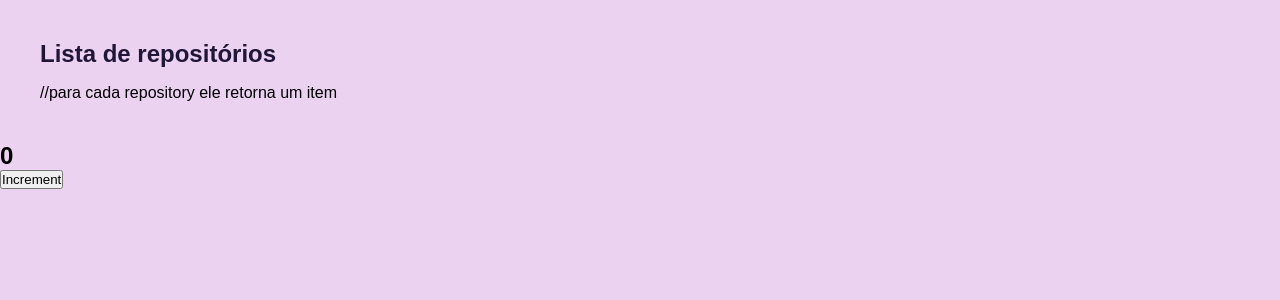
Repository: viniciusfg05/AnnotationReacts
Page: /
The author's editor kept a copy of each file at every save. The page is drawn from the files as they stood at one save, then again after the next save.
The browser window is 1280 px wide. The pictures show the whole page.
The page's requests for data from a server got no answer. The project was rebuilt for these pictures with package versions that can differ from the ones it lists, and the page was loaded fresh each time. No one was signed in, and anything a server would have sent is missing. Also part of the build but not shown: webpack.config.js, src/components/RepositoryItens.tsx.

Above is the page before, as saved 2022-02-18 13:57:56.

### public/index.html
<!DOCTYPE html>
<html lang="en">
  <head>
    <meta charset="UTF-8" />
    <meta name="viewport" content="width=device-width, initial-scale=1.0" />
    <title>ReactFundamentos</title>
  </head>
  <body>
    <div id="root"></div>

    <script src="../dist/bundle.js"></script>
  </body>
</html>

### src/index.tsx
import {render} from 'react-dom'
import { App } from './App'

render(<App />, document.getElementById('root'))

### src/App.tsx
import './styles/global.scss'
import { RepositoryList } from './components/RepositoryList'
import { Counter } from './components/Counter'

export function App() {
  return (
    <>
      <RepositoryList />
      <Counter />
    </>
  )
}

//Quando uma return mais de um componet, precisamos add um element pai, colocariamos uma div, mas futuramente isso pode atrapalhar no css e outro
//Usamos uma tag sem nada que se chama fraguimentos <> </> e não produz nada visual no html

//Por padrão p react não fica monitorando se algum estado está sendo alterado e rederizar novamente em tela
//Estado: variaveis que ele vai monitorarar
//Para isso vamos importar um elemento do react chamado useState "import { useState } from 'react'"

### src/styles/global.scss
* {
  margin: 0;
  padding: 0;
  box-sizing: border-box;
}

body {
  font: 16px 'Helvetica Neve', Arial, sans-serif;
}

### src/components/RepositoryList.tsx
import { useState, useEffect } from 'react'
import { RepositoryItens } from './RepositoryItens'
import '../styles/repositories.scss'

interface Repository {
  name: string;
  description: string;
  html_url: string;
}

export function RepositoryList() {
  const [repositories, setRepositories] = useState<Repository[]>([]);

  useEffect(() => {
    fetch('https://api.github.com/users/viniciusfg05/repos')
    .then(response => response.json()) //quando a api retorna uma resposta, converter para .json
    .then(data => setRepositories(data)) //quando terminar de ser convertida eu vou ter os dados do meu repositório
  }, [])

  return (
    <section className="repository-list">
      <h1>Lista de repositórios</h1>

      <ul>
        {repositories.map(repository => {
          return <RepositoryItens key={repository.name} repository={repository} />
        })} //para cada repository ele retorna um item
      </ul>
    </section>
  )
}

### src/components/Counter.jsx
import { useState } from 'react'

export function Counter() {
  const [counter, setCounter] = useState(0)

  function increment() {
    setCounter(counter + 1)
  }

  return (
    <div>
      <h2>{counter}</h2>
      <button type="button" onClick={increment}>
        Increment
      </button>
    </div>
  )
}

//"let count = 0" = somente assim ao clicar no batão não surje efeito vamos add assim:
//a variavel "count" vamos apagar e add, "counter e setCounter" -> pq?: como o elemento retorna um array, temos que passar a variavel que recebe [0] primeiro array e a outra [1] o proximo array ficando assim -> "let [counter, setCounter] = useState(0)"
//Trocamos para cosnt pq o vamos não vai mudar e sim passar para outra variavel -> "const [counter, setCounter] = useState(0)"
//setCounter - que dá a possibilidade de alterar o valor
//Dentro da função irá ficar assim "setCounter(counter + 1)" - passando o setCounter recenbendo couter + 1

### src/styles/repositories.scss
body {
  background-color: rgb(235, 210, 241);
}

section.repository-list {
  margin: 40px;

  h1 {
    color: #201637;
    margin-bottom: 16px;
  }

  ul {
    list-style: none;

    li {
      strong {
        color: #201637;
        font-size: 20px;
      }

      & + li {
        //aplica apenas para quem tem um irmao a baixo copm a tag "li"
        margin-top: 20px;
      }

      p {
        font-size: 14px;
        color: #444;
        margin-top: 8px;
      }

      a {
        display: inline-block;
        margin-top: 5px;
        margin-bottom: 16px;
        text-decoration: none;
        color: #8257e6;
      }

      .divide {
        border-bottom: 1px solid #20163719;
      }
    }
  }
}

After the next save:
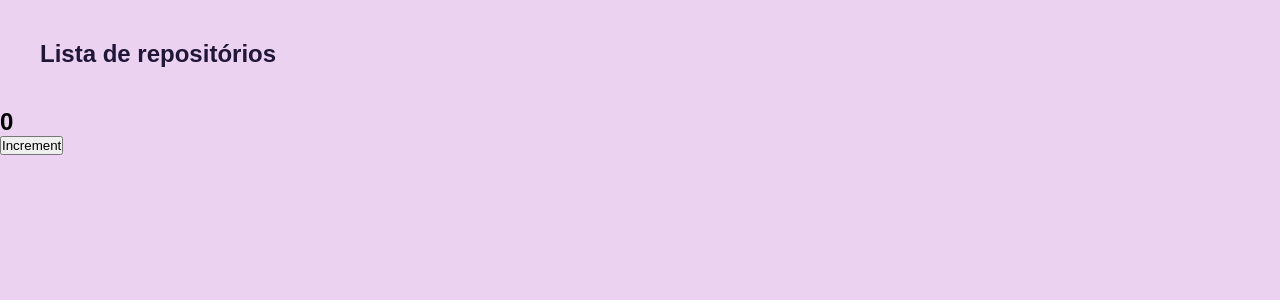
Saved 73 s later.
--- a/src/components/RepositoryList.tsx
+++ b/src/components/RepositoryList.tsx
@@ -24,8 +24,10 @@ export function RepositoryList() {
       <ul>
         {repositories.map(repository => {
           return <RepositoryItens key={repository.name} repository={repository} />
-        })} //para cada repository ele retorna um item
+        })}
       </ul>
     </section>
   )
 }
+
+      //para cada repository ele retorna um item
